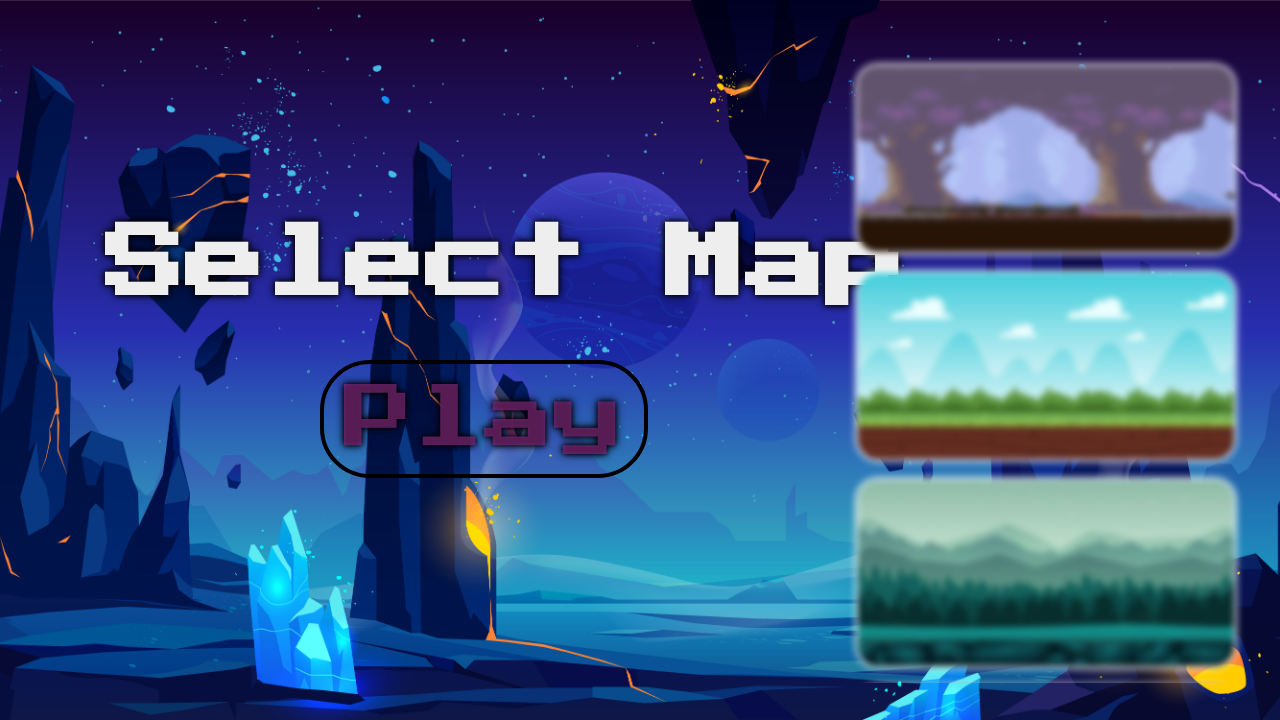
Repository: Gaurav31052/Fighting-game
Page: home.html
These files come from the project's save history. The page is drawn as it stood at one moment and after a run of saves; the edit follows.
The browser window is 1280 px wide. The pictures show the whole page.
An inner scrolling area shows only its first screen.

Above is the page before, as saved 2024-06-06 23:42:28.

After the next 2 saves:
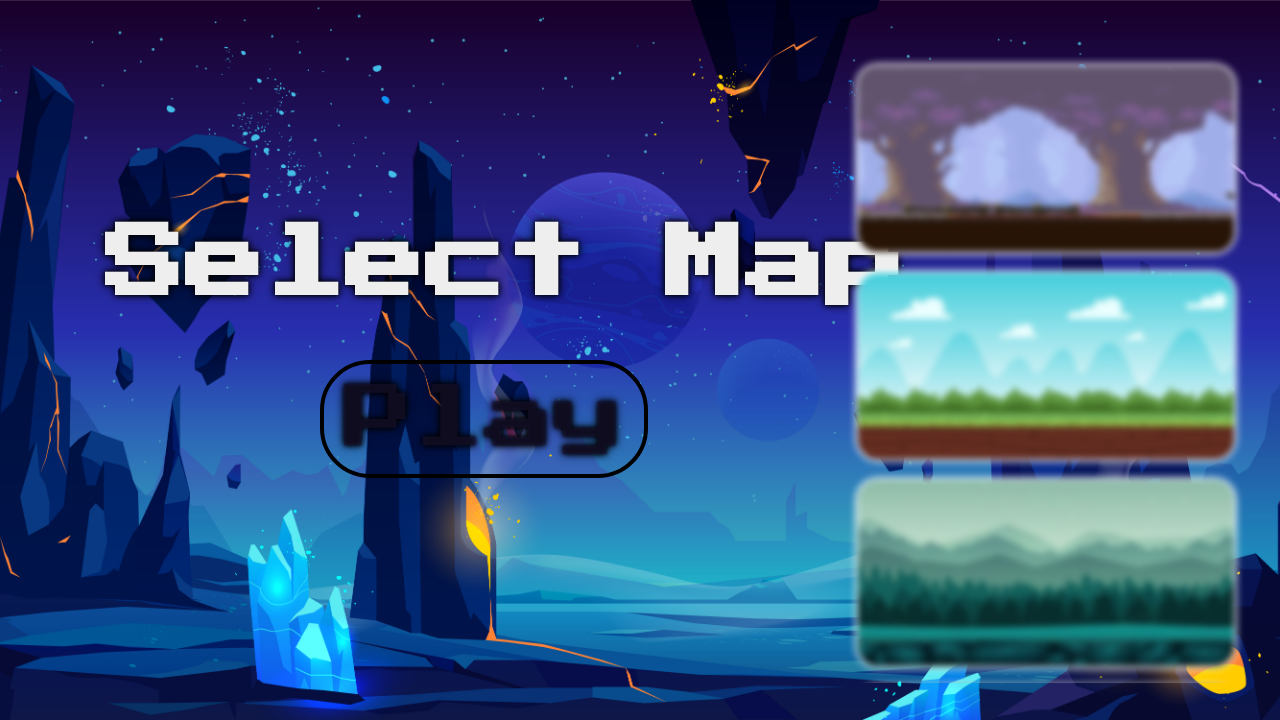
The 2 saves are shown as one change because they came seconds apart.
The last was saved 32 s later.
--- a/style.css
+++ b/style.css
@@ -10,7 +10,7 @@ body {
 
 a {
     text-decoration: none;
-    color: #8b2c84a2;
+    color: #181331a2;
 }
 
 /* carousel */
